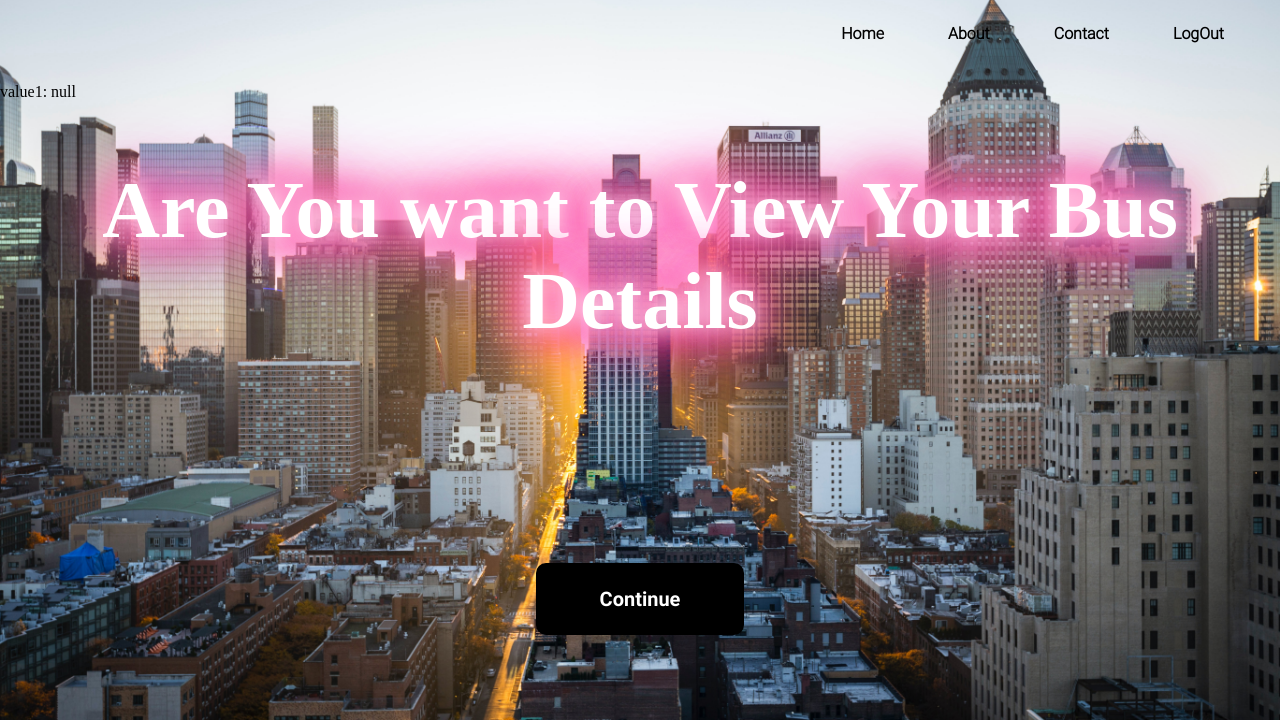
Repository: Savindushehan/RouteMaster-Group-project
Page: http://localhost/RouterMaster/BeforeTicket.jsp
These files come from the project's save history. The page is drawn as it stood at one moment and after the next save; the edit follows.
The browser window is 1280 px wide. The pictures show the whole page.
The page is served by Tomcat 10. Other server files are loaded and not shown. The template is opened directly, without the code that normally fills it, so the values that code supplies are empty.

Above is the page before, as saved 2023-10-23 09:53:43.

### RouteMaster/RouterMaster/src/main/webapp/BeforeTicket.jsp
<%@ page language="java" contentType="text/html; charset=UTF-8" pageEncoding="UTF-8"%>
<%@ taglib prefix="c" uri="http://java.sun.com/jsp/jstl/core" %>
<!DOCTYPE html>
<html>
<head>
<meta charset="UTF-8">
<title>Insert title here</title>
<style>
  @font-face {
        font-family: 'Roboto-Light'; /* Font family name */
        src: url('Fonts/Roboto-Light.ttf') format('truetype'); /* URL to your font file */
        font-weight: normal;
        font-style: italic;
        }
        @font-face {
        font-family: 'Raleway-Light'; /* Font family name */
        src: url('Fonts/Raleway-Light.ttf') format('truetype'); /* URL to your font file */
        font-weight: normal;
        font-style: italic;
        }
        @font-face {
        font-family: 'Roboto-Bold'; /* Font family name */
        src: url('Fonts/Roboto-Bold.ttf') format('truetype'); /* URL to your font file */
        font-weight: normal;
        font-style: italic;
        }
        :root{
            --div-color1:#000000;
            --div-color2:#272702;
            --div-color3:#07FAFA;
            --div-color4:#FFFFFF;
        }
          a{
            text-decoration: none;
        }
          .head{
            display: flex;
            flex-direction: row;
            justify-content: right;
        }
         header h3{
            color: var(--div-color1);
            font-size:1rem;
            margin-right: 3rem;
            cursor: grab;
            padding: 0.5rem;
            border-radius: 0.5rem;
            outline: none;
            font-family: 'Roboto-Light';
        }
  body{
            margin: 0;
            padding: 0;
			background-image: url('Images/back2.jpg');
            background-size: cover;
            background-repeat: no-repeat;
            background-position: center;
            height: 100vh;

        }
	    form{
	    width:100%;
	    margin-left:auto;
	    margin-right:auto;
	     text-align: center;
	     margin-top:30vh;
	    }
      h1 {
         margin-top: 4rem;
        font-size: 80px;
        color:var(--div-color4);
        text-align: center;
        -webkit-animation: glow 1s ease-in-out infinite alternate;
        -moz-animation: glow 1s ease-in-out infinite alternate;
        animation: glow 1s ease-in-out infinite alternate;
        }

        @-webkit-keyframes glow {
        from {
            text-shadow: 0 0 10px #fff, 0 0 20px #fff, 0 0 30px #e60073, 0 0 40px #e60073, 0 0 50px #e60073, 0 0 60px #e60073, 0 0 70px #e60073;
        }
        to {
            text-shadow: 0 0 20px #fff, 0 0 30px #ff4da6, 0 0 40px #ff4da6, 0 0 50px #ff4da6, 0 0 60px #ff4da6, 0 0 70px #ff4da6, 0 0 80px #ff4da6;
        }
        }
         button{
          text-align: center;
          padding-left: 4rem;
          padding-right: 4rem;
          padding-top: 1.5rem;
          padding-bottom: 1.5rem;
          border-radius: 10px;
          font-family: 'Roboto-Bold';
          background-color: var(--div-color1);
          color: var(--div-color4);
          border: none;
          outline: none;
          cursor: pointer;
           font-size: 20px;
        }

</style>
</head>
<body>
<header>
        <div class="head">
           <a href="Home.jsp"><h3 id="m1">Home</h3></a>
           <a href="AboutUs.jsp"><h3 id="m2">About</h3></a>
            <a href="ContactUS.jsp"><h3 id="m3">Contact</h3></a>
           <a href="login.jsp"><h3 id="m4">LogOut</h3></a>
        </div>
    </header>

<%
String value1 = (String) request.getAttribute("attr3");
%>
<p>value1: <%= value1 %></p>
<h1>Are You want to View Your Bus Details</h1>


<form action="NewBookingServlet" method="GET">
   <input type="hidden" name="RIDnew" value="<%= value1 %>">

<button id="btn1" name="before">Continue</button>

</form>
 <script>

        var M1=document.getElementById("m1");
        var M2=document.getElementById("m2");
        var M3=document.getElementById("m3");
        var M4=document.getElementById("m4");
        var BTN=document.getElementById("btn1");

        M1.onmousemove=function(){
          M1.style.backgroundColor="var(--div-color3)";
          M1.style.color="var(--div-color4)";
        }
        M1.onmouseout=function(){
          M1.style.backgroundColor="";
          M1.style.color="var(--div-color1)";
        }
        M2.onmousemove=function(){
          M2.style.backgroundColor="var(--div-color3)";
          M2.style.color="var(--div-color4)";
        }
        M2.onmouseout=function(){
          M2.style.backgroundColor="";
          M2.style.color="var(--div-color1)";
        }
        M3.onmousemove=function(){
          M3.style.backgroundColor="var(--div-color3)";
          M3.style.color="var(--div-color4)";
        }
        M3.onmouseout=function(){
          M3.style.backgroundColor="";
          M3.style.color="var(--div-color1)";
        }
        M4.onmousemove=function(){
          M4.style.backgroundColor="var(--div-color3)";
          M4.style.color="var(--div-color4)";
        }
        M4.onmouseout=function(){
          M4.style.backgroundColor="";
          M4.style.color="var(--div-color1)";
        }
        /* Above javascript code must include all tha page.don't change the code.*/
        BTN.onmousemove=function(){
          BTN.style.color="var(--div-color1)";
          BTN.style.backgroundColor="var(--div-color4)";
        }
        BTN.onmouseout=function(){
          BTN.style.color="var(--div-color4)";
          BTN.style.backgroundColor="var(--div-color1)";
        }
       </script>
</body>
</html>

After the next save:
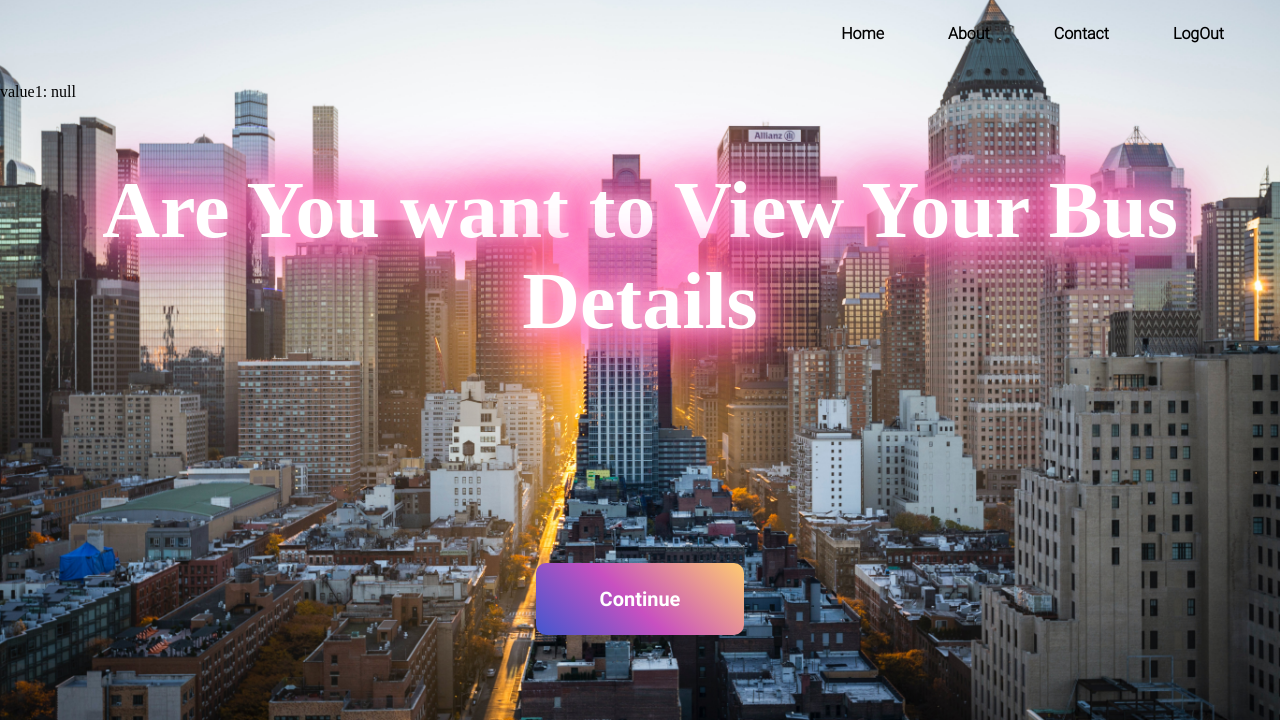
Saved 14 min 6 s later.
--- a/RouteMaster/RouterMaster/src/main/webapp/BeforeTicket.jsp
+++ b/RouteMaster/RouterMaster/src/main/webapp/BeforeTicket.jsp
@@ -91,7 +91,9 @@
           padding-bottom: 1.5rem;
           border-radius: 10px;
           font-family: 'Roboto-Bold';
-          background-color: var(--div-color1);
+          background-color: #4158D0;
+background-image: linear-gradient(43deg, #4158D0 0%, #C850C0 46%, #FFCC70 100%);
+
           color: var(--div-color4);
           border: none;
           outline: none;
